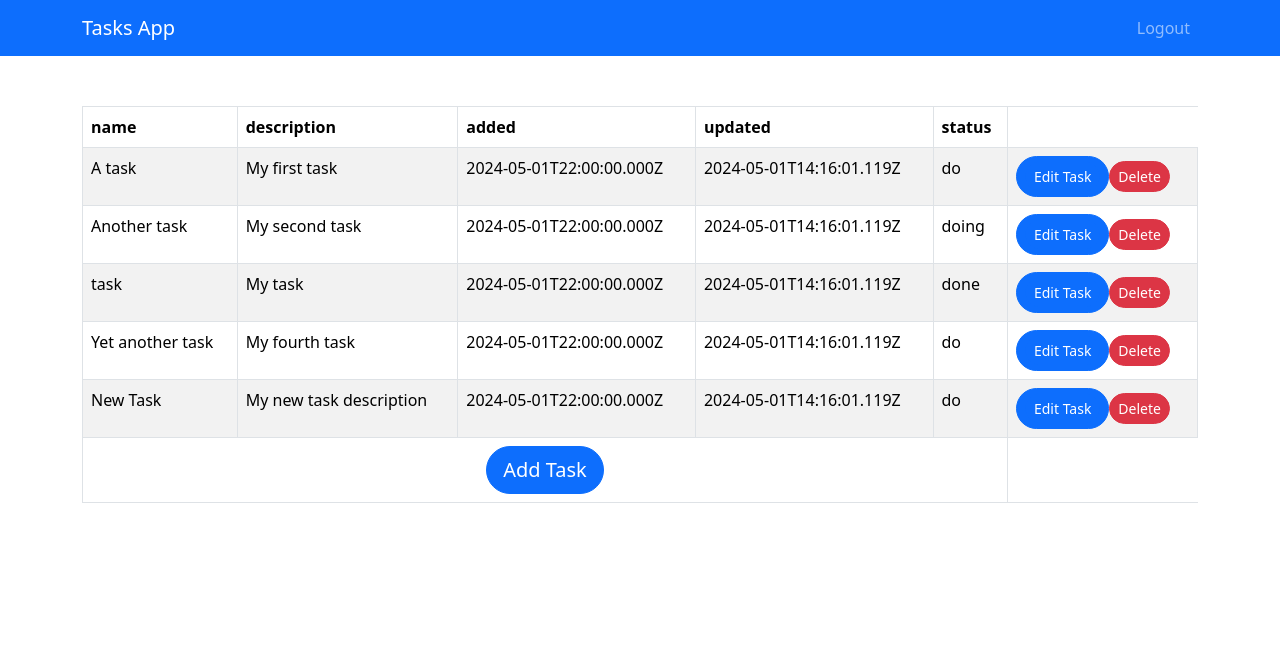
Repository: trider/react-task-manager
Page: /#/tasks
These files come from the project's save history. The page is drawn as it stood at one moment and after the next save; the edit follows.
The browser window is 1280 px wide. The pictures show the whole page.
The project was rebuilt for these pictures with package versions that can differ from the ones it lists, and the page was loaded fresh each time. Also part of the build but not shown: src/App.css, src/data/_Users.js, src/pages/Login.js.

Above is the page before, as saved 2024-05-06 15:38:45.

### src/App.js
// import logo from './logo.svg';
import './App.css';
import 'bootstrap/dist/css/bootstrap.min.css';
// import { BrowserRouter, Routes, Route } from "react-router-dom";
import {HashRouter as Router, Routes, Route} from "react-router-dom";
import LoginForm from "./pages/Login";
import TaskList from "./pages/Task";

// const path = process.env.REACT_APP_FOR_PATH;

function App() {
  return (
    <div>
      <Router baseline="/">
        <Routes>
          <Route index element={<LoginForm />} />
            <Route path="login" element={<LoginForm />} />
            <Route path="tasks" element={<TaskList />} />
        </Routes>
      </Router>
    </div>
  );
}

export default App;

### src/pages/Task.js
import * as React from 'react';
import Table from 'react-bootstrap/Table';
import Container from 'react-bootstrap/Container';
import ModalComponent from '../components/Modal';
import userTasks from '../data/_Tasks';
import tableCols from '../data/_Cols';
import NavbarComponent from '../components/Navigation';
import Button from 'react-bootstrap/Button';



const TaskTable = () => {
  return (
    <div>
      <Table striped bordered hover size="lg">
      <thead>
        <tr>
          {tableCols.map((col) => (
            <th key={col}>{col}</th>
          ))}
        </tr>
      </thead>
      <tbody>
        {userTasks.map((task) => (
          <tr key={task.id}>
            {tableCols.map((col) => (
              <td key={col}>{task[col]}</td>
            ))}
            <td>

            <Button  variant="primary rounded-pill" size='sm'>
              <ModalComponent title={'Edit Task'} size={'sm'}/>
            </Button>
            <Button  variant="danger rounded-pill" size='sm' >
            Delete
          </Button>


            </td>
          </tr>
        ))}

      </tbody>
      <tfoot>
        <tr>
          <td colSpan={tableCols.length}>
          <div className="d-grid gap-2 d-md-flex justify-content-md-center">
            <ModalComponent title={'Add Task'} size={'lg'}/>
           </div>
          </td>
        </tr>
      </tfoot>
    </Table>




    </div>
  );
}


const TaskList = () => {
  return (
    <div>

    <NavbarComponent />
    <Container style={{marginTop:"50px"}}>
      <TaskTable />
    </Container>
    </div>
  );
}

export default TaskList;

### src/components/Modal.js
import { useState } from 'react';
import Button from 'react-bootstrap/Button';
import Modal from 'react-bootstrap/Modal';

const ModalComponent = (props) => {
  const [show, setShow] = useState(false);

  const handleClose = () => setShow(false);
  const handleShow = () => setShow(true);
  return (
    <div>
      <Button variant="primary" onClick={handleShow} className='rounded-pill' size={props.size}>
        {props.title}
      </Button>

      <Modal show={show} onHide={handleClose}>
        <Modal.Header closeButton>
          <Modal.Title>{props.title}</Modal.Title>
        </Modal.Header>
        <Modal.Body>
          Woohoo, you are reading this text in a modal!
          <div className='bg-primary text-light text-center' style={{ marginTop: '10px'}}>
          <Button  variant="primary rounded-pill" onClick={handleClose} size={props.size} >
            Submit
          </Button>


          </div>


          </Modal.Body>
        {/* <Modal.Footer>


        <div className='bg-primary text-light text-center' >
          <Button  variant="primary" onClick={handleClose}>
            Submit
          </Button>
          </div>
        </Modal.Footer> */}
      </Modal>
    </div>
  );
}

export default ModalComponent;

### src/data/_Tasks.js
const userTasks= [
 {
   id: "6630ab326e723ac1ea6dce7a",
   description: "My first task",
   name: "A task",
   taskId: 1,
   user: "jonnygold",
   added: "2024-05-01T22:00:00.000Z",
   updated: "2024-05-01T14:16:01.119Z",
   status: "do",
   isActive: true
 },
 {
   id: "6630fe5d6e723ac1ea6dce7e",
   description: "My second task",
   name: "Another task",
   taskId: 2,
   user: "jonnygold",
   added: "2024-05-01T22:00:00.000Z",
   updated:"2024-05-01T14:16:01.119Z",
   status: "doing",
   isActive: true
 },
 {
   id: "6630fe826e723ac1ea6dce7f",
   description: "My task",
   name: "task",
   taskId: 3,
   user: "jonnygold",
   added: "2024-05-01T22:00:00.000Z",
   updated:"2024-05-01T14:16:01.119Z",
   status: "done",
   isActive: true
 },
 {
   id: "6631f17cc4c9b7f5ab3c28c3",
   name: "Yet another task",
   description: "My fourth task",
   user: "jonnygold",
   taskId: 4,
   added: "2024-05-01T22:00:00.000Z",
   updated:"2024-05-01T14:16:01.119Z",
   isActive: true,
   status: "do",

 },
 {
   id: "66323f0d54b80929f84ebdd2",
   user: "jonnygold",
   name: "New Task",
   description: "My new task description",
   status: "do",
   taskId: 5,
   added: "2024-05-01T22:00:00.000Z",
   updated:"2024-05-01T14:16:01.119Z",
   isActive: true,
 }

]

export default userTasks

### src/data/_Cols.js
const tableCols = [
 'name',
 'description',
 'added',
 'updated',
 'status',
];

export default tableCols

### src/components/Navigation.js
import * as React from 'react';
import Container from 'react-bootstrap/Container';
import Nav from 'react-bootstrap/Nav';
import Navbar from 'react-bootstrap/Navbar';






const NavbarComponent = () => {
  return (
    <Navbar bg="primary" expand="lg" data-bs-theme="dark">
      <Container>
        <Navbar.Brand href="#home">Tasks App</Navbar.Brand>
        <Navbar.Toggle aria-controls="basic-navbar-nav" />
        <Navbar.Collapse id="basic-navbar-nav">
          <Nav className="me-auto" >
          </Nav>
          <Nav>
            <Nav.Link href="/login">Logout</Nav.Link>
          </Nav>
        </Navbar.Collapse>
      </Container>
    </Navbar>
  );
}



export default NavbarComponent;

Loaded but not shown: public/index.html (common file); src/index.js (common file); src/index.css (common file); src/reportWebVitals.js (common file)

After the next save:
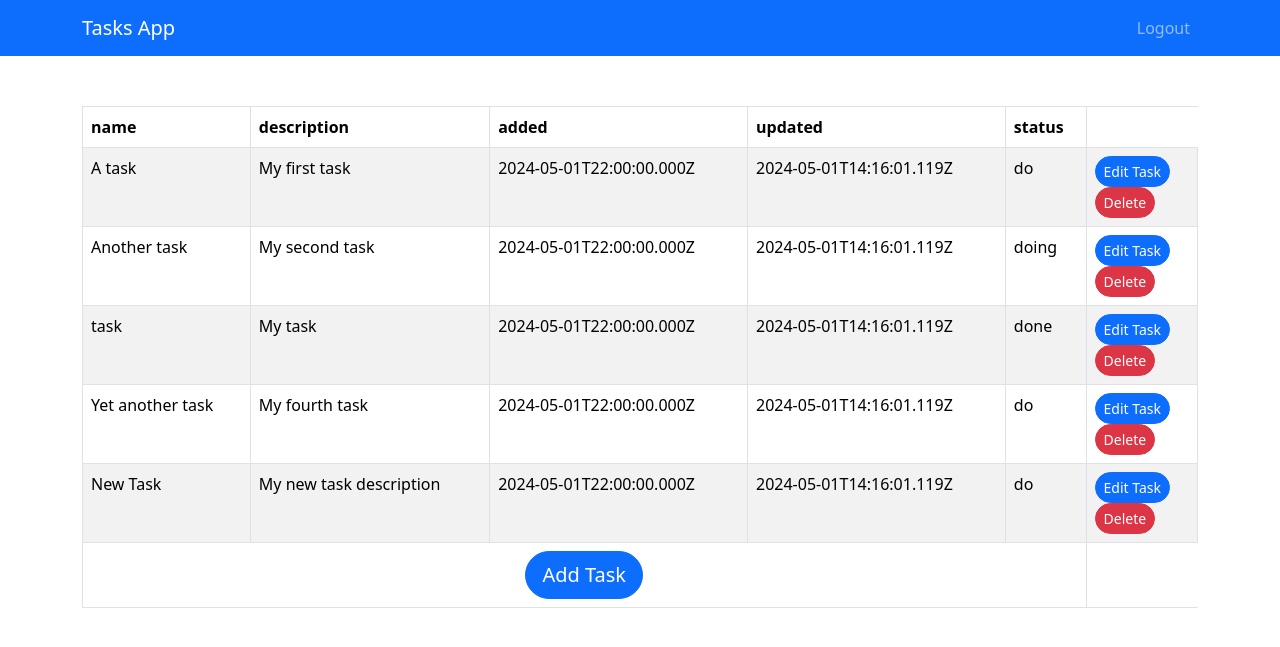
Saved 36 s later.
--- a/src/pages/Task.js
+++ b/src/pages/Task.js
@@ -28,9 +28,9 @@ const TaskTable = () => {
             ))}
             <td>
 
-            <Button  variant="primary rounded-pill" size='sm'>
+
               <ModalComponent title={'Edit Task'} size={'sm'}/>
-            </Button>
+
             <Button  variant="danger rounded-pill" size='sm' >
             Delete
           </Button>
